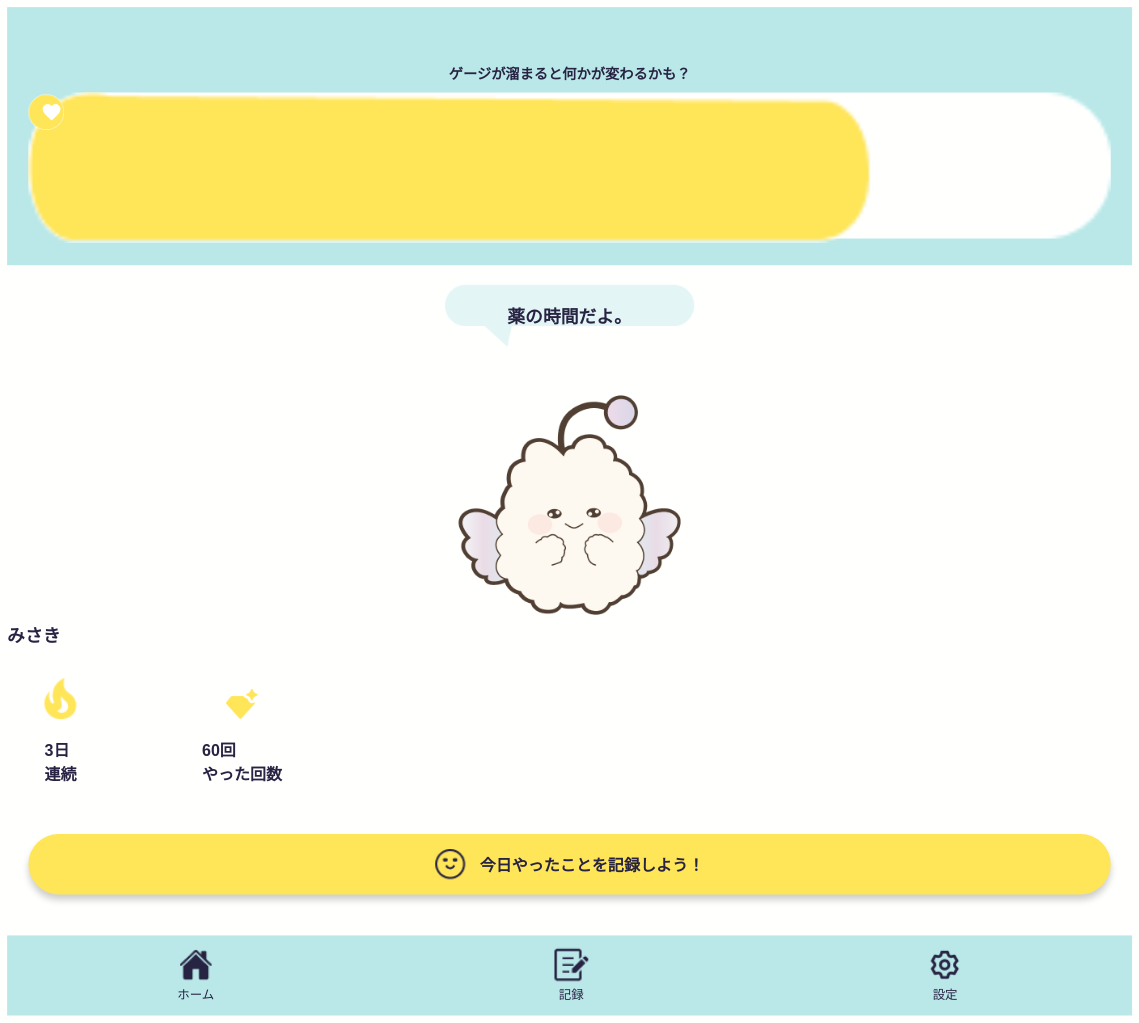
Repository: misaki0919/Self-care
Page: home_page.html
An editor plug-in stored every save of this project. The page is shown before and after the next save, followed by the edit.
The browser window is 1280 px wide. The pictures show the whole page, at 89% of full size.
Some web fonts or font styles are not loaded; a fallback is used.

Above is the page before, as saved 2026-07-20 21:33:09.

After the next save:
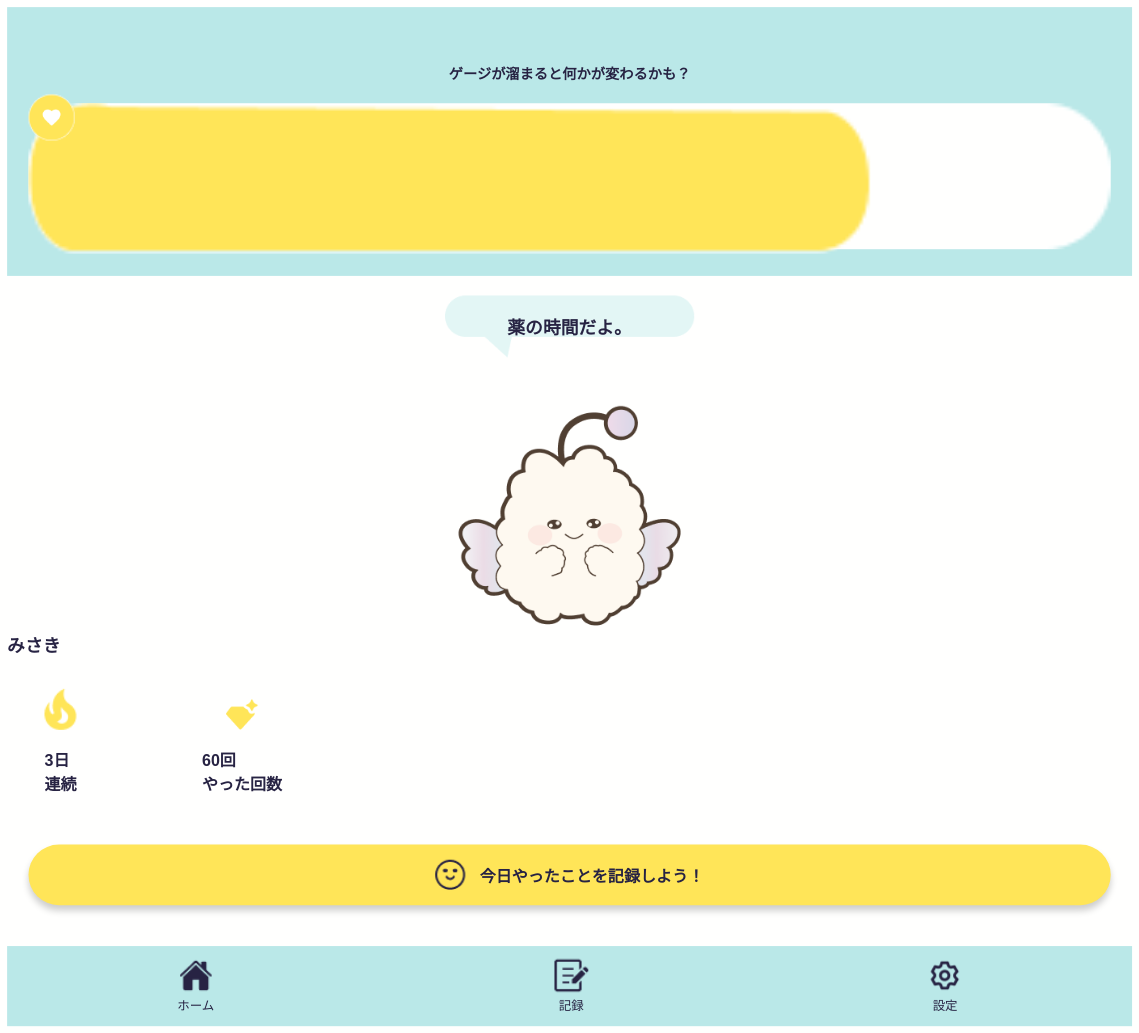
Saved 14 s later.
--- a/css/home_page.css
+++ b/css/home_page.css
@@ -43,13 +43,12 @@ body{
     margin-bottom:-42px;
     position:relative;
     z-index:2;
-    .white{
-        width:52px;
-        height:52px;
-    }
 }
 
-
+.images-wrap-1 img:first-child{
+    width:52px;
+    height:52px;
+}
 
 .images-wrap-1 img:last-child{
     width:24px;
